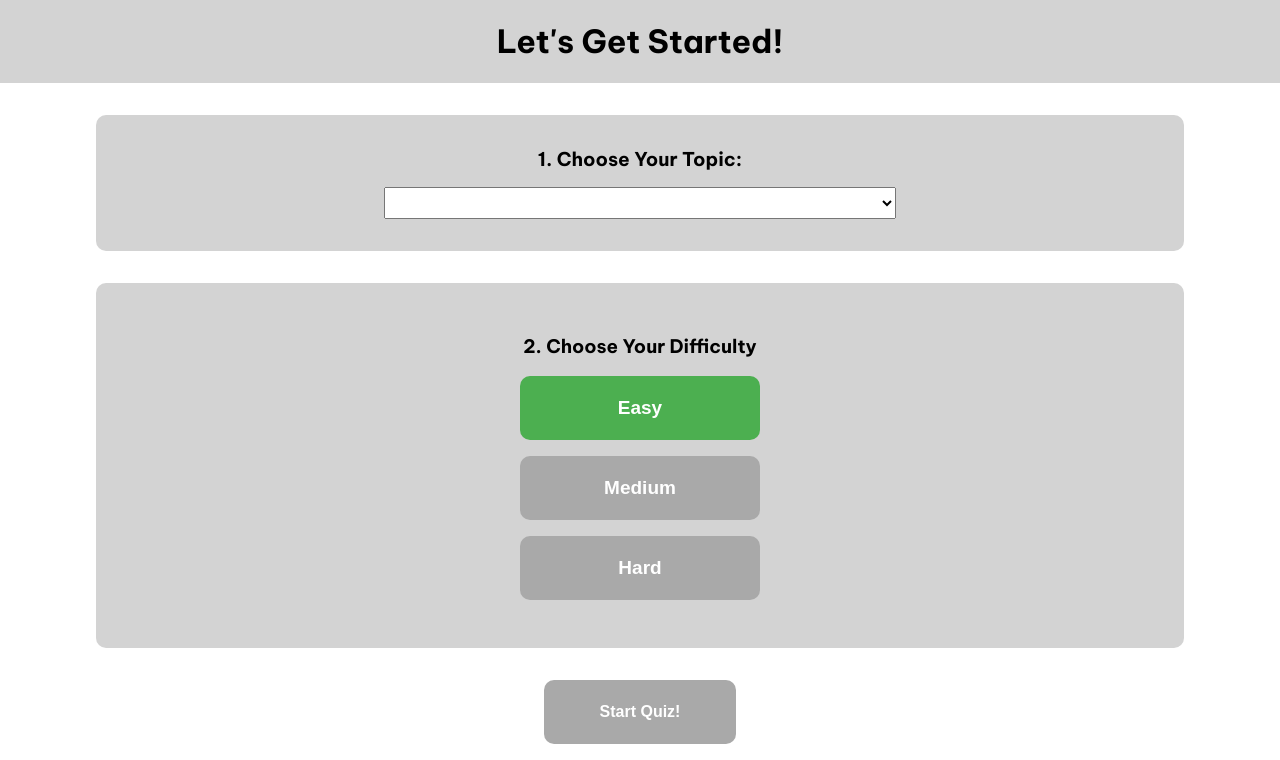
Repository: SaraShio/trivia_game
Page: index.html
These files come from the project's save history. The page is drawn as it stood at one moment and after the next save; the edit follows.
The browser window is 1280 px wide. The pictures show the whole page.
The page's requests for data from a server got no answer.

Above is the page before, as saved 2023-05-02 15:07:17.

After the next save:
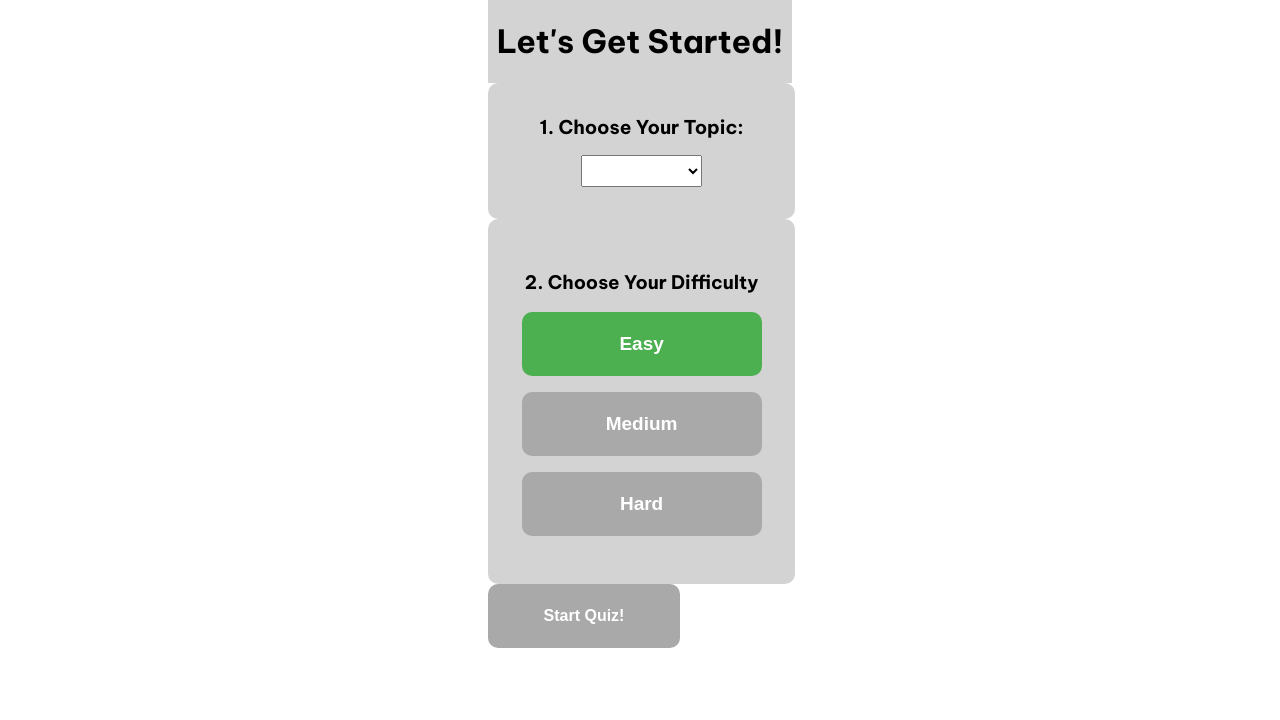
Saved 7 s later.
--- a/index.html
+++ b/index.html
@@ -10,21 +10,23 @@
 
 <body>
     <div class="container">
-        <div class="header">
-            <h1>Let's Get Started!</h1>
+        <div class="intro">
+            <div class="header">
+                <h1>Let's Get Started!</h1>
+            </div>
+            <div class="topic">
+                <label for="categories">1. Choose Your Topic:</label>
+                <select name="categories" id="getCategories">
+                </select>
+            </div>
+            <div class="difficulty">
+                <h3>2. Choose Your Difficulty</h3>
+                <button class="level active">Easy</button>
+                <button class="level">Medium</button>
+                <button class="level">Hard</button>
+            </div>
+            <button class="start">Start Quiz!</button>
         </div>
-        <div class="topic">
-            <label for="categories">1. Choose Your Topic:</label>
-            <select name="categories" id="getCategories">
-            </select>
-        </div>
-        <div class="difficulty">
-            <h3>2. Choose Your Difficulty</h3>
-            <button class="level active">Easy</button>
-            <button class="level">Medium</button>
-            <button class="level">Hard</button>
-        </div>
-        <button class="start">Start Quiz!</button>
     </div>
 </body>
 
